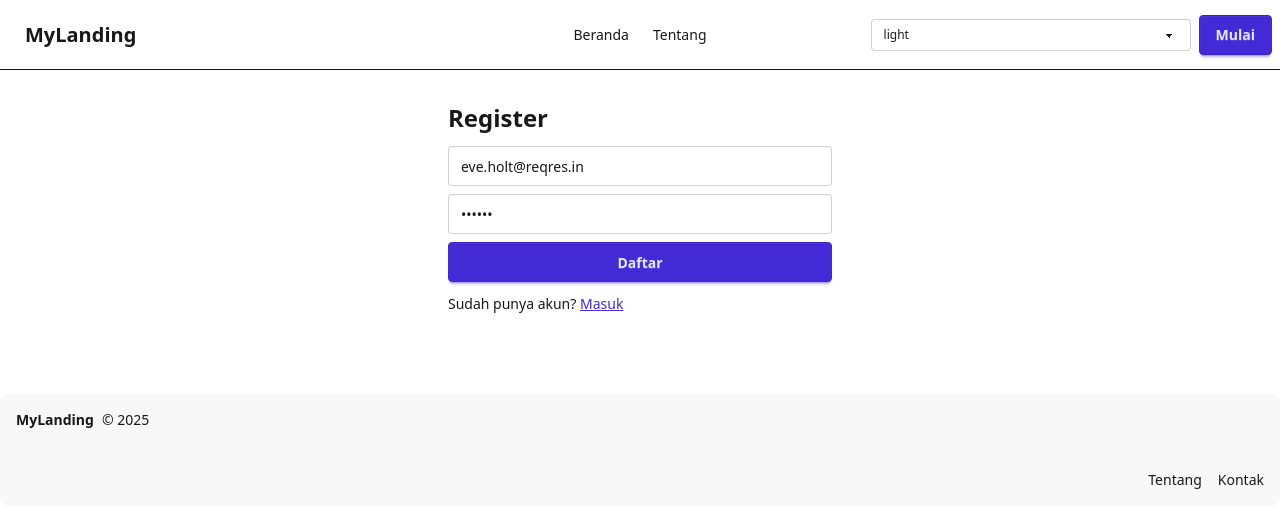
Repository: khulqu15/reactjs-learn
Page: /register (app in day3/)
These files come from the project's save history. The page is drawn as it stood at one moment and after the next save; the edit follows.
The browser window is 1280 px wide. The pictures show the whole page.
The project was rebuilt for these pictures with package versions that can differ from the ones it lists, and the page was loaded fresh each time. Also part of the build but not shown: day3/vite.config.js, day3/src/components/Hero.jsx, day3/src/pages/Home.jsx, day3/src/pages/About.jsx, day3/src/routes/ProtectedRoute.jsx, day3/src/pages/Login.jsx, day3/src/pages/Weather.jsx.

Above is the page before, as saved 2025-09-25 00:22:05.

### day3/src/App.jsx
import { BrowserRouter, Routes, Route } from "react-router-dom";
import DefaultLayout from "./layouts/DefaultLayout";
import Home from "./pages/Home";
import About from "./pages/About";
import AuthProvider from "./context/AuthContext";
import ProtectedRoute from "./routes/ProtectedRoute";
import Login from "./pages/Login";
import Register from "./pages/Register";
import Weather from "./pages/Weather";

export default function App() {
  return (
    <AuthProvider>
      <BrowserRouter>
        <Routes>
          <Route element={<DefaultLayout />}>
            <Route index element={<Home />} />
            <Route path="/about" element={<About />} />
            <Route path="/login" element={<Login />} />
            <Route path="/register" element={<Register />} />
            <Route path="/weather" element={
              <ProtectedRoute><Weather/></ProtectedRoute>
            } />
          </Route>
        </Routes>
      </BrowserRouter>
    </AuthProvider>
  );
}

### day3/src/layouts/DefaultLayout.jsx
import { Outlet } from "react-router-dom";
import Navbar from "../components/Navbar";
import Footer from "../components/Footer";

export default function DefaultLayout() {
  return (
    <div className="min-h-screen w-full bg-base-100 text-base-content">
      <Navbar />
      <main className="container mx-auto px-4 py-8">
        <Outlet />
      </main>
      <Footer />
    </div>
  );
}

### day3/src/context/AuthContext.jsx
import { createContext, useContext, useState } from "react";
const AuthCtx = createContext(null);
export const useAuth = () => useContext(AuthCtx);

export default function AuthProvider({ children }) {
  const [token, setToken] = useState(() => localStorage.getItem("token"));

  const login = (t) => { setToken(t); localStorage.setItem("token", t); };
  const logout = () => { setToken(null); localStorage.removeItem("token"); };

  return (
    <AuthCtx.Provider value={{ token, login, logout }}>
      {children}
    </AuthCtx.Provider>
  );
}

### day3/src/pages/Register.jsx
// src/pages/Register.jsx
import { useState } from "react";
import api from "../lib/axios";
import { useAuth } from "../context/AuthContext";
import { useNavigate, Link } from "react-router-dom";

export default function Register() {
  const [email, setEmail] = useState("eve.holt@reqres.in");   // contoh yg didukung reqres
  const [password, setPassword] = useState("pistol");         // contoh reqres
  const [loading, setLoading] = useState(false);
  const [err, setErr] = useState("");
  const { login } = useAuth();
  const nav = useNavigate();

  const valid = email.includes("@") && password.length >= 4;

  async function onSubmit(e) {
    e.preventDefault();
    if (!valid) return;
    setErr(""); setLoading(true);
    try {
      // Fake register (reqres): https://reqres.in/api/register
      // body minimal: { email, password } -> { id, token }
      const { data } = await api.post("https://reqres.in/api/register", { email, password });
      // langsung anggap “login” setelah register
      if (data?.token) {
        login(data.token);
        nav("/weather");
      } else {
        setErr("Registrasi berhasil tanpa token. Silakan login manual.");
        nav("/login");
      }
    } catch (e) {
      setErr("Register gagal. Coba email/password contoh di atas.");
    } finally {
      setLoading(false);
    }
  }

  return (
    <div className="max-w-sm mx-auto space-y-3">
      <h1 className="text-2xl font-bold">Register</h1>

      <form onSubmit={onSubmit} className="space-y-2">
        <input
          className="input input-bordered w-full"
          placeholder="Email"
          value={email}
          onChange={(e)=>setEmail(e.target.value)}
          type="email"
          required
        />
        <input
          className="input input-bordered w-full"
          placeholder="Password (min 4 karakter)"
          value={password}
          onChange={(e)=>setPassword(e.target.value)}
          type="password"
          required
        />

        <button
          className={`btn ${valid && !loading ? "btn-primary" : "btn-disabled"} w-full`}
          disabled={!valid || loading}
        >
          {loading ? "..." : "Daftar"}
        </button>
      </form>

      {err && <div className="alert alert-error">{err}</div>}

      <div className="text-sm">
        Sudah punya akun? <Link to="/login" className="link link-primary">Masuk</Link>
      </div>
    </div>
  );
}

### day3/src/components/Navbar.jsx
import { useState } from "react";
import { Link, NavLink } from "react-router-dom";
import ThemeToggle from "./ThemeToggle";

export default function Navbar() {
  const [open, setOpen] = useState(false);

  const linkClass = ({ isActive }) =>
    `px-3 py-2 rounded-lg ${isActive ? "bg-base-200" : "hover:bg-base-200"}`;

  return (
    <div className="navbar bg-base-100 border-b sticky top-0 z-40">
      <div className="navbar-start">
        <div className="dropdown">
          <button className="btn btn-ghost md:hidden" onClick={() => setOpen((v) => !v)} aria-label="Toggle menu">
            ☰
          </button>
          {open && (
            <ul className="menu menu-sm dropdown-content mt-3 z-[1] p-2 shadow bg-base-100 rounded-box w-52">
              <li><NavLink to="/" onClick={() => setOpen(false)} className={linkClass}>Beranda</NavLink></li>
              <li><NavLink to="/about" onClick={() => setOpen(false)} className={linkClass}>Tentang</NavLink></li>
            </ul>
          )}
        </div>

        <Link to="/" className="btn btn-ghost text-xl">MyLanding</Link>
      </div>

      <div className="navbar-center hidden md:flex">
        <ul className="menu menu-horizontal px-1">
          <li><NavLink to="/" className={linkClass}>Beranda</NavLink></li>
          <li><NavLink to="/about" className={linkClass}>Tentang</NavLink></li>
        </ul>
      </div>

      <div className="navbar-end gap-2">
        <ThemeToggle />
        <Link to="#contact" className="btn btn-primary">Mulai</Link>
      </div>
    </div>
  );
}

### day3/src/components/Footer.jsx
import { Link } from "react-router-dom";

export default function Footer() {
  return (
    <footer className="footer items-center p-4 mt-12 bg-base-200 text-base-content rounded-box">
      <aside className="items-center grid-flow-col">
        <span className="font-semibold">MyLanding</span>
        <p>© {new Date().getFullYear()}</p>
      </aside>
      <nav className="grid-flow-col gap-4 md:place-self-center md:justify-self-end">
        <Link className="link link-hover" to="/about">Tentang</Link>
        <a className="link link-hover" href="#contact">Kontak</a>
      </nav>
    </footer>
  );
}

### day3/src/lib/axios.js
import axios from "axios";

const api = axios.create({ timeout: 10000 });

api.interceptors.request.use((config) => {
  const token = localStorage.getItem("token");
  if (token) config.headers.Authorization = `Bearer ${token}`;
  return config;
});

export default api;

### day3/src/components/ThemeToggle.jsx
import { useEffect, useState } from "react";

const THEMES = ["light", "dark", "cupcake"];

export default function ThemeToggle({ className = "" }) {
  const [theme, setTheme] = useState(() => localStorage.getItem("theme") || "light");

  useEffect(() => {
    document.documentElement.setAttribute("data-theme", theme);
    localStorage.setItem("theme", theme);
  }, [theme]);

  return (
    <select
      className={`select select-bordered select-sm ${className}`}
      value={theme}
      onChange={(e) => setTheme(e.target.value)}
      aria-label="Pilih tema"
    >
      {THEMES.map((t) => (
        <option key={t} value={t}>{t}</option>
      ))}
    </select>
  );
}

Loaded but not shown: day3/index.html (common file); day3/src/main.jsx (common file); day3/src/index.css (common file)

After the next save:
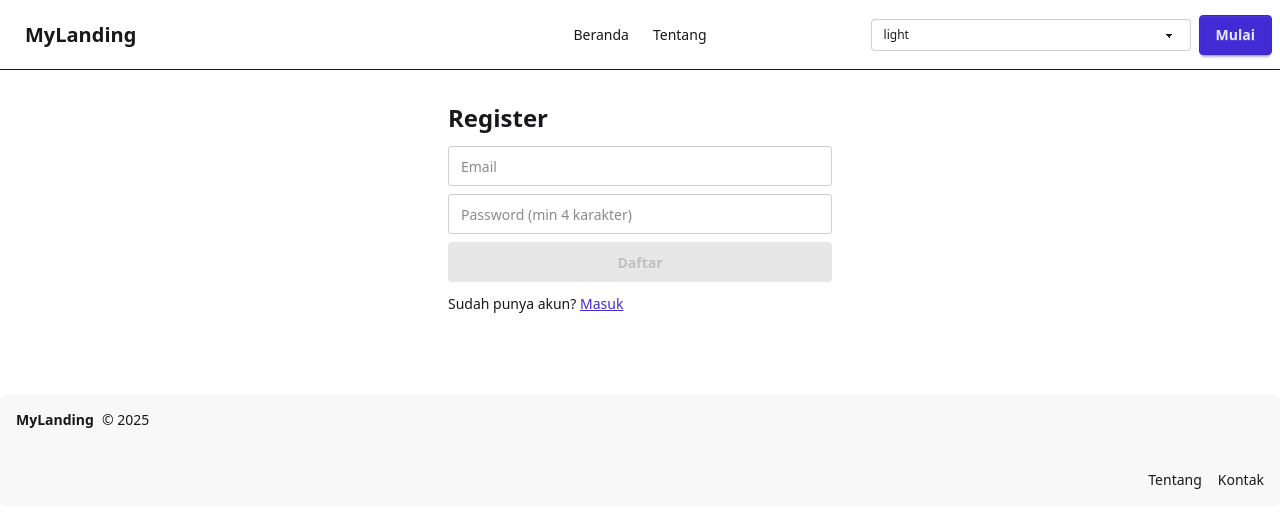
Saved 10 s later.
--- a/day3/src/pages/Register.jsx
+++ b/day3/src/pages/Register.jsx
@@ -5,8 +5,9 @@ import { useAuth } from "../context/AuthContext";
 import { useNavigate, Link } from "react-router-dom";
 
 export default function Register() {
-  const [email, setEmail] = useState("eve.holt@reqres.in");   // contoh yg didukung reqres
-  const [password, setPassword] = useState("pistol");         // contoh reqres
+  const [usermame, setUsername] = useState("");
+  const [email, setEmail] = useState("");   // contoh yg didukung reqres
+  const [password, setPassword] = useState("");         // contoh reqres
   const [loading, setLoading] = useState(false);
   const [err, setErr] = useState("");
   const { login } = useAuth();
